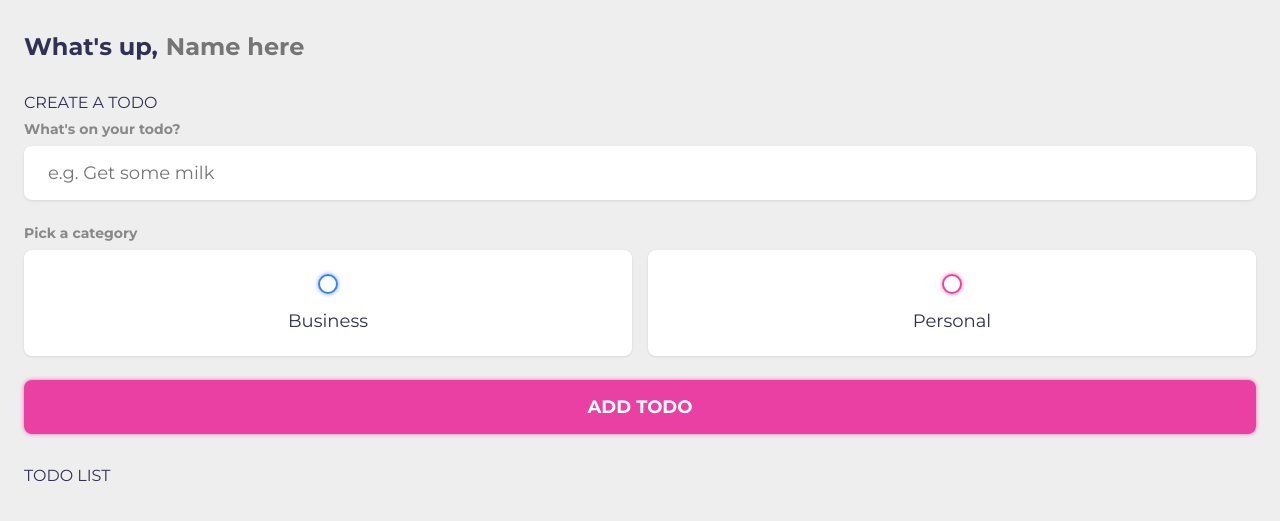
Repository: kluivert-ssali/kaDo_final
Page: index.html
These files come from the project's save history. The page is drawn as it stood at one moment and after the next save; the edit follows.
The browser window is 1280 px wide. The pictures show the whole page.
Some web libraries are served in a nearby version.

Above is the page before, as saved 2023-06-11 18:52:04.
Console error: ReferenceError: $ is not defined

### index.html
<!DOCTYPE html>
<html lang="en">
  <head>
    <meta charset="UTF-8" />
    <meta http-equiv="X-UA-Compatible" content="IE=edge" />
    <meta name="viewport" content="width=device-width, initial-scale=1.0" />
    <title>KaDo</title>
    <!-- CSS Import -->
    <link rel="stylesheet" href="main.css" />
    <!-- End of CSS Import -->
    <!-- Fonts -->
    <link rel="preconnect" href="https://fonts.googleapis.com" />
    <link rel="preconnect" href="https://fonts.gstatic.com" crossorigin />
    <link
      href="https://fonts.googleapis.com/css2?family=Fira+Sans:ital,wght@0,400;0,700;0,900;1,400&family=Montserrat:ital,wght@0,400;0,700;0,900;1,400&display=swap"
      rel="stylesheet"
    />
    <!-- End of Fonts -->
  </head>
  <body>
    <!-- App Wrapper -->
    <main class="app">
      <!-- Greeting -->
      <section class="greeting">
        <h2 class="title">
          What's up, <input type="text" id="name" placeholder="Name here" />
        </h2>
      </section>
      <!-- End of Greeting -->

      <!-- New Todo -->
      <section class="create-todo">
        <h3>CREATE A TODO</h3>
        <form id="new-todo-form">
          <h4>What's on your todo?</h4>
          <input
            type="text"
            placeholder="e.g. Get some milk"
            name="content"
            id="content"
          />

          <h4>Pick a category</h4>
          <div class="options">
            <label>
              <input
                type="radio"
                name="category"
                id="category1"
                value="business"
              />
              <span class="bubble business"></span>
              <div>Business</div>
            </label>
            <label>
              <input
                type="radio"
                name="category"
                id="category2"
                value="personal"
              />
              <span class="bubble personal"></span>
              <div>Personal</div>
            </label>
          </div>

          <input type="submit" value="Add todo" />
        </form>
      </section>
      <!-- End of New Todo -->

      <!-- Todo List -->
      <section class="todo-list">
        <h3>TODO LIST</h3>
        <div class="list" id="todo-list"></div>
      </section>
      <!-- End of Todo List -->
    </main>
    <!-- End of App Wrapper -->

    <!-- JS Import -->
    <script src="main.js"></script>
    <!-- End of JS Import -->
  </body>
</html>

### main.css
/* Variables */
:root {
	--primary: #EA40A4;
	--business: #3a82ee;
	--personal: var(--primary);
	--light: #EEE;
	--grey: #888;
	--dark: #313154;
	--danger: #ff5b57;

	--shadow: 0 1px 3px rgba(0, 0, 0, 0.1);

	--business-glow: 0px 0px 4px rgba(58, 130, 238, 0.75);
	--personal-glow: 0px 0px 4px rgba(234, 64, 164, 0.75);
}
/* End of Variables */

/* Resets */
* {
	margin: 0;
	padding: 0;
	box-sizing: border-box;
	font-family: 'montserrat', sans-serif;
}

input:not([type="radio"]):not([type="checkbox"]), button {
	appearance: none;
	border: none;
	outline: none;
	background: none;
	cursor: initial;
}
/* End of Resets */

body {
	background: var(--light);
	color: var(--dark);
}

section {
	margin-top: 2rem;
	margin-bottom: 2rem;
	padding-left: 1.5rem;
	padding-right: 1.5rem;
}

h3 {
	color: var(--dark);
	font-size: 1rem;
	font-weight: 400;
	margin-bottom: 0.5rem;
}

h4 {
	color: var(--grey);
	font-size: 0.875rem;
	font-weight: 700;
	margin-bottom: 0.5rem;
}

.greeting .title {
	display: flex;
}

.greeting .title input {
	margin-left: 0.5rem;
	flex: 1 1 0%;
	min-width: 0;
}

.greeting .title,
.greeting .title input {
	color: var(--dark);
	font-size: 1.5rem;
	font-weight: 700;
}

.create-todo input[type="text"] {
	display: block;
	width: 100%;
	font-size: 1.125rem;
	padding: 1rem 1.5rem;
	color: var(--dark);
	background-color: #FFF;
	border-radius: 0.5rem;
	box-shadow: var(--shadow);
	margin-bottom: 1.5rem;
}

.create-todo .options {
	display: grid;
	grid-template-columns: repeat(2, 1fr);
	grid-gap: 1rem;
	margin-bottom: 1.5rem;
}

.create-todo .options label {
	display: flex;
	flex-direction: column;
	align-items: center;
	justify-content: center;
	background-color: #FFF;
	padding: 1.5rem;
	box-shadow: var(--shadow);
	border-radius: 0.5rem;
	cursor: pointer;
}

input[type="radio"],
input[type="checkbox"] {
	display: none;
}

.bubble {
	display: flex;
	align-items: center;
	justify-content: center;
	width: 20px;
	height: 20px;
	border-radius: 999px;
	border: 2px solid var(--business);
	box-shadow: var(--business-glow);
}

.bubble.personal {
	border-color: var(--personal);
	box-shadow: var(--personal-glow);
}

.bubble::after {
	content: '';
	display: block;
	opacity: 0;
	width: 0px;
	height: 0px;
	background-color: var(--business);
	box-shadow: var(--business-glow);
	border-radius: 999px;
	transition: 0.2s ease-in-out;
}

.bubble.personal::after {
	background-color: var(--personal);
	box-shadow: var(--personal-glow);
}

input:checked ~ .bubble::after {
	width: 10px;
	height: 10px;
	opacity: 1;
}

.create-todo .options label div {
	color: var(--dark);
	font-size: 1.125rem;
	margin-top: 1rem;
}

.create-todo input[type="submit"] {
	display: block;
	width: 100%;
	font-size: 1.125rem;
	padding: 1rem 1.5rem;
	color: #FFF;
	font-weight: 700;
	text-transform: uppercase;
	background-color: var(--primary);
	box-shadow: var(--personal-glow);
	border-radius: 0.5rem;
	cursor: pointer;
	transition: 0.2s ease-out;
}

.create-todo input[type="submit"]:hover {
	opacity: 0.75;
}

.todo-list .list {
	margin: 1rem 0;
}

.todo-list .todo-item {
	display: flex;
	align-items: center;
	background-color: #FFF;
	padding: 1rem;
	border-radius: 0.5rem;
	box-shadow: var(--shadow);
	margin-bottom: 1rem;
}

.todo-item label {
	display: block;
	margin-right: 1rem;
	cursor: pointer;
}

.todo-item .todo-content {
	flex: 1 1 0%;
}

.todo-item .todo-content input {
	color: var(--dark);
	font-size: 1.125rem;
}

.todo-item .actions {
	display: flex;
	align-items: center;
}

.todo-item .actions button {
	display: block;
	padding: 0.5rem;
	border-radius: 0.25rem;
	color: #FFF;
	cursor: pointer;
	transition: 0.2s ease-in-out;
}

.todo-item .actions button:hover {
	opacity: 0.75;
}

.todo-item .actions .edit {
	margin-right: 0.5rem;
	background-color: var(--primary);
}

.todo-item .actions .delete {
	background-color: var(--danger);
}

.todo-item.done .todo-content input {
	text-decoration: line-through;
	color: var(--grey);
}

### main.js
// good morning function
$(document).ready(function() {
	function dateTime() {
	  var ndate = new Date();
	  var h = ndate.getHours() % 12;
	  var format = h >= 12 ? 'PM' : 'AM';
	  var m = ndate.getMinutes().toString();
	  var s = ndate.getSeconds().toString();

	  if (h < 12) {
		h = "0" + h;
		$("h3.day-message").html("Good Morning");
	  } else if (h < 18) {
		$("h3.day-message").html("Good Afternoon");
	  } else {
		$("h3.day-message").html("Good Evening");
	  }

	  if (s < 10) {
		s = "0" + s;
	  }

	  if (m < 10) {
		m = "0" + m;
	  }

	  $('.date').html(h + ":" + m + ":" + s + format);
	}

	setInterval(dateTime, 1000);
  });

//   End of good morning furn



window.addEventListener('load', () => {
	todos = JSON.parse(localStorage.getItem('todos')) || [];
	const nameInput = document.querySelector('#name');
	const newTodoForm = document.querySelector('#new-todo-form');

	const username = localStorage.getItem('username') || '';

	nameInput.value = username;

	nameInput.addEventListener('change', (e) => {
		localStorage.setItem('username', e.target.value);
	})

	newTodoForm.addEventListener('submit', e => {
		e.preventDefault();

		const todo = {
			content: e.target.elements.content.value,
			category: e.target.elements.category.value,
			done: false,
			createdAt: new Date().getTime()
		}

		todos.push(todo);

		localStorage.setItem('todos', JSON.stringify(todos));

		// Reset the form
		e.target.reset();

		DisplayTodos()
	})

	DisplayTodos()
})

function DisplayTodos () {
	const todoList = document.querySelector('#todo-list');
	todoList.innerHTML = "";

	todos.forEach(todo => {
		const todoItem = document.createElement('div');
		todoItem.classList.add('todo-item');

		const label = document.createElement('label');
		const input = document.createElement('input');
		const span = document.createElement('span');
		const content = document.createElement('div');
		const actions = document.createElement('div');
		const edit = document.createElement('button');
		const deleteButton = document.createElement('button');

		input.type = 'checkbox';
		input.checked = todo.done;
		span.classList.add('bubble');
		if (todo.category == 'personal') {
			span.classList.add('personal');
		} else {
			span.classList.add('business');
		}
		content.classList.add('todo-content');
		actions.classList.add('actions');
		edit.classList.add('edit');
		deleteButton.classList.add('delete');

		content.innerHTML = `<input type="text" value="${todo.content}" readonly>`;
		edit.innerHTML = 'Edit';
		deleteButton.innerHTML = 'Delete';

		label.appendChild(input);
		label.appendChild(span);
		actions.appendChild(edit);
		actions.appendChild(deleteButton);
		todoItem.appendChild(label);
		todoItem.appendChild(content);
		todoItem.appendChild(actions);

		todoList.appendChild(todoItem);

		if (todo.done) {
			todoItem.classList.add('done');
		}

		input.addEventListener('change', (e) => {
			todo.done = e.target.checked;
			localStorage.setItem('todos', JSON.stringify(todos));

			if (todo.done) {
				todoItem.classList.add('done');
			} else {
				todoItem.classList.remove('done');
			}

			DisplayTodos()

		})

		edit.addEventListener('click', (e) => {
			const input = content.querySelector('input');
			input.removeAttribute('readonly');
			input.focus();
			input.addEventListener('blur', (e) => {
				input.setAttribute('readonly', true);
				todo.content = e.target.value;
				localStorage.setItem('todos', JSON.stringify(todos));
				DisplayTodos()

			})
		})

		deleteButton.addEventListener('click', (e) => {
			todos = todos.filter(t => t != todo);
			localStorage.setItem('todos', JSON.stringify(todos));
			DisplayTodos()
		})

	})
}

After the next save:
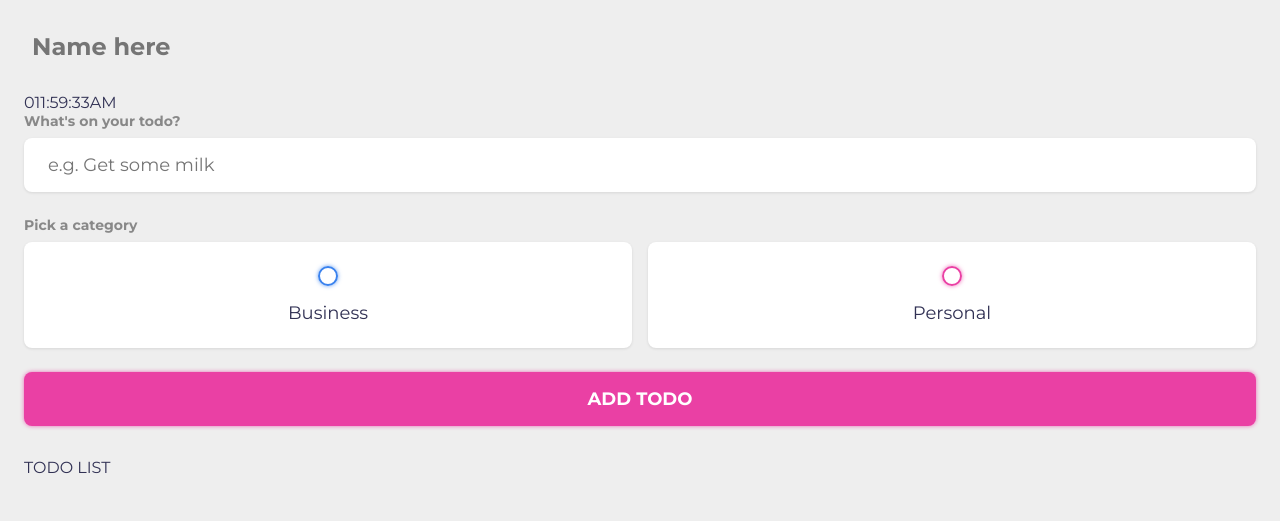
The error is gone.
Saved 111 s later.
--- a/index.html
+++ b/index.html
@@ -18,19 +18,21 @@
     <!-- End of Fonts -->
   </head>
   <body>
+    <script src="https://ajax.googleapis.com/ajax/libs/jquery/2.1.1/jquery.min.js"></script>
     <!-- App Wrapper -->
     <main class="app">
       <!-- Greeting -->
       <section class="greeting">
         <h2 class="title">
-          What's up, <input type="text" id="name" placeholder="Name here" />
+          <a class="day-message"></a
+          ><input type="text" id="name" placeholder="Name here" />
         </h2>
       </section>
       <!-- End of Greeting -->
 
       <!-- New Todo -->
       <section class="create-todo">
-        <h3>CREATE A TODO</h3>
+        <span class="date"></span>
         <form id="new-todo-form">
           <h4>What's on your todo?</h4>
           <input
